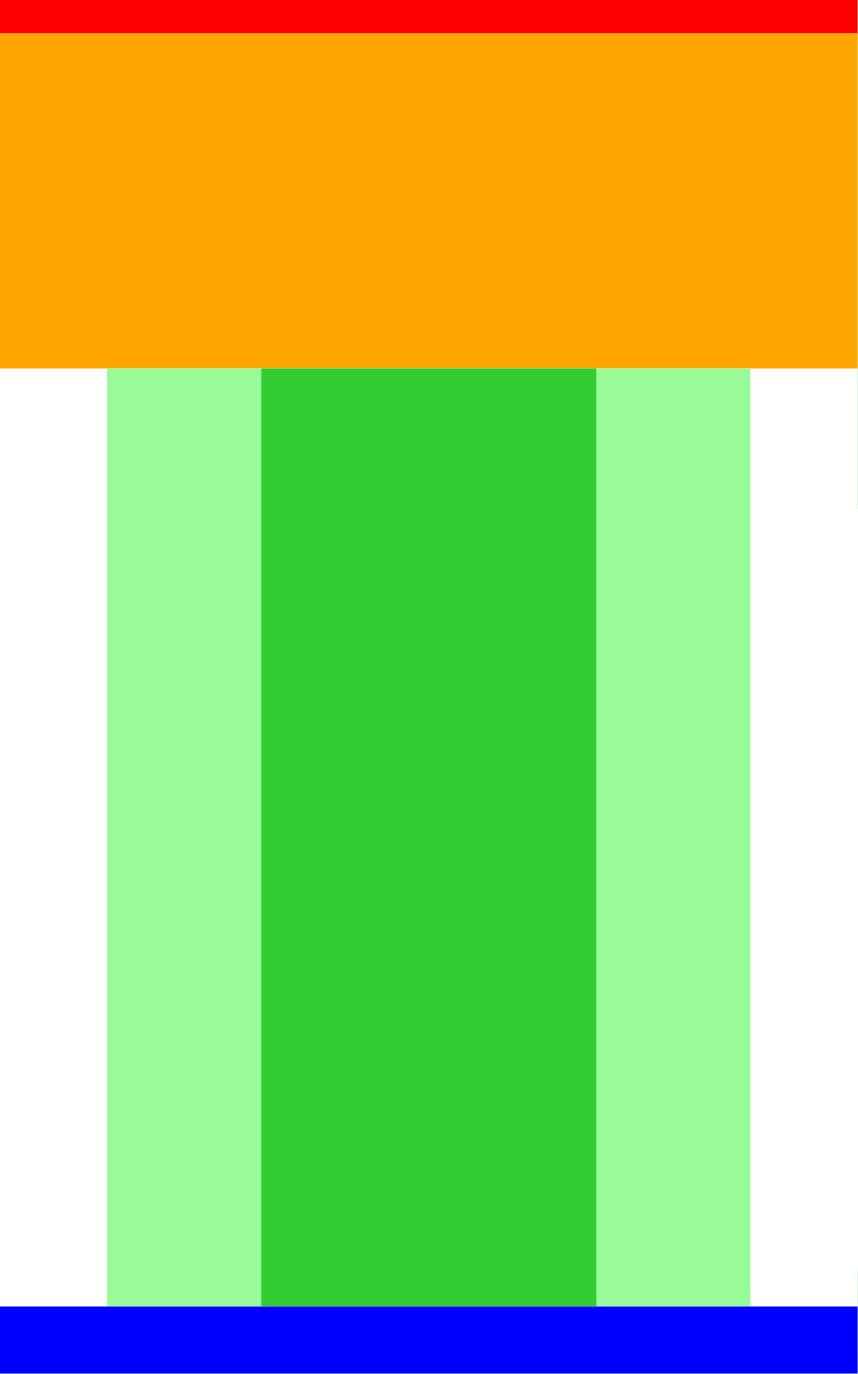
Repository: otoccc/dmm-webcamp
Page: chap4-exe/index2.html
The author's editor kept a record of every edit. The page is drawn from the files as they stood at one moment, then again after the next edit.
The browser window is 1280 px wide. The pictures show the whole page, at 67% of full size.

Above is the page before.

After the next edit:
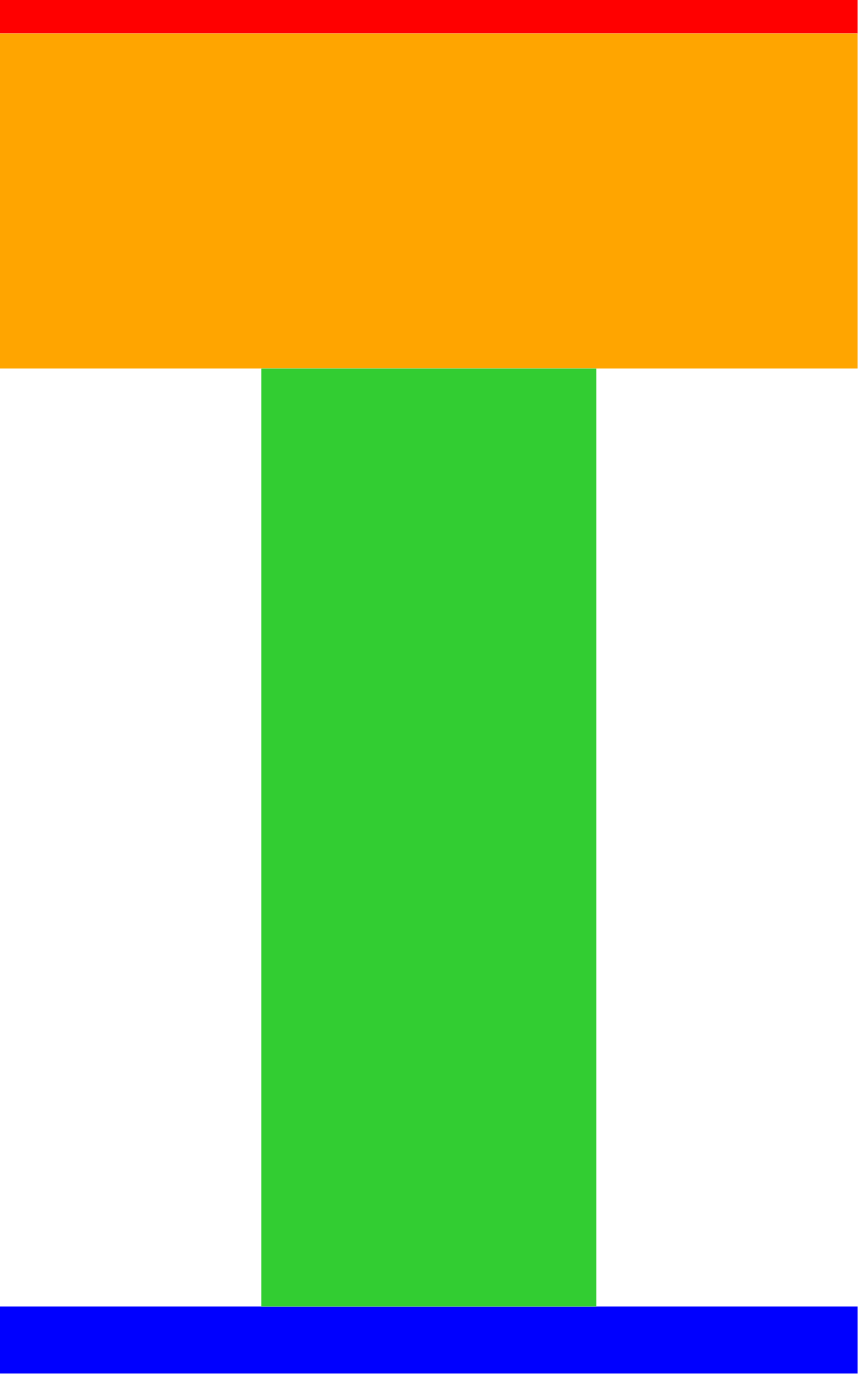
The edit:
--- a/chap4-exe/style2.css
+++ b/chap4-exe/style2.css
@@ -21,7 +21,8 @@
 main {
   width: 960px;
   height: 1400px;
-  background-color: palegreen;
+  display: flex;
+  justify-content: center;
   margin: 0 auto;
 }
 

After the 2 edits that followed:
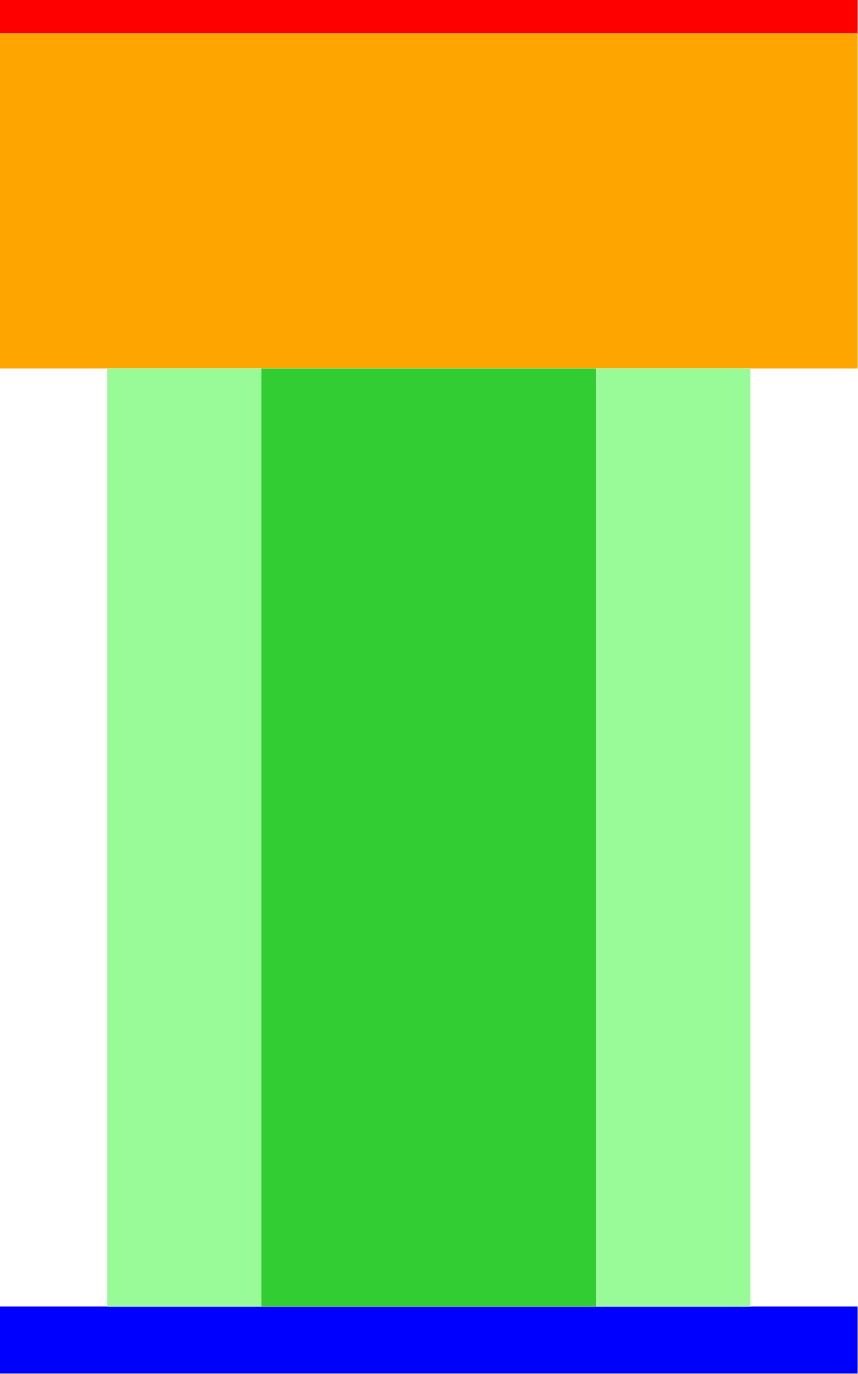
The 2 edits are shown as one change because 1 left the picture as it was.
The edit:
--- a/chap4-exe/index2.html
+++ b/chap4-exe/index2.html
@@ -12,7 +12,9 @@
     </header>
 
     <main>
+      <div class="sideber"></div>
       <div class="main-center"></div>
+      <div Class="sideber"></div>
     </main>
 
     <footer></footer>
--- a/chap4-exe/style2.css
+++ b/chap4-exe/style2.css
@@ -33,7 +33,7 @@
   margin: 0 auto;
 }
 
-.sidebar {
+.sideber {
   width: 230px;
   height: 1400px;
   background-color: palegreen;
